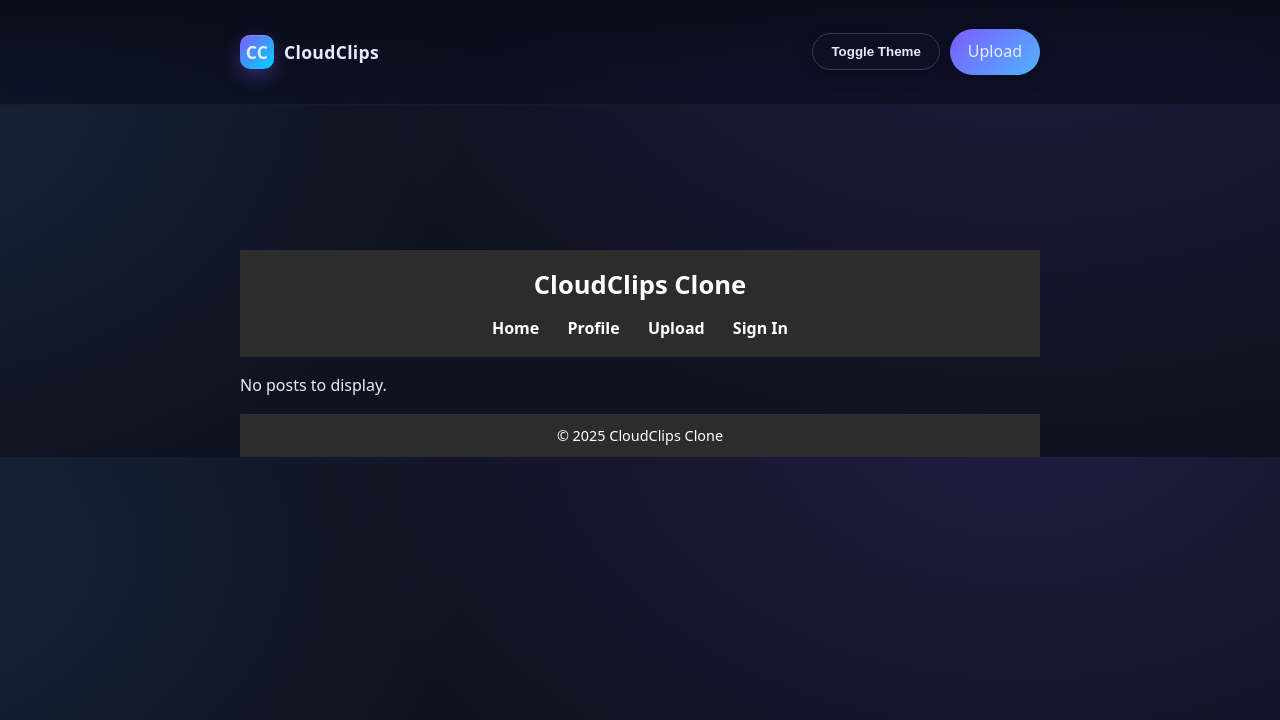
Repository: burhannaseer/CloudClips
Page: index.html
These files come from the project's save history. The page is drawn as it stood at one moment and after the next save; the edit follows.
The browser window is 1280 px wide. The pictures show the whole page.

Above is the page before, as saved 2025-08-14 12:01:36.

After the next save:
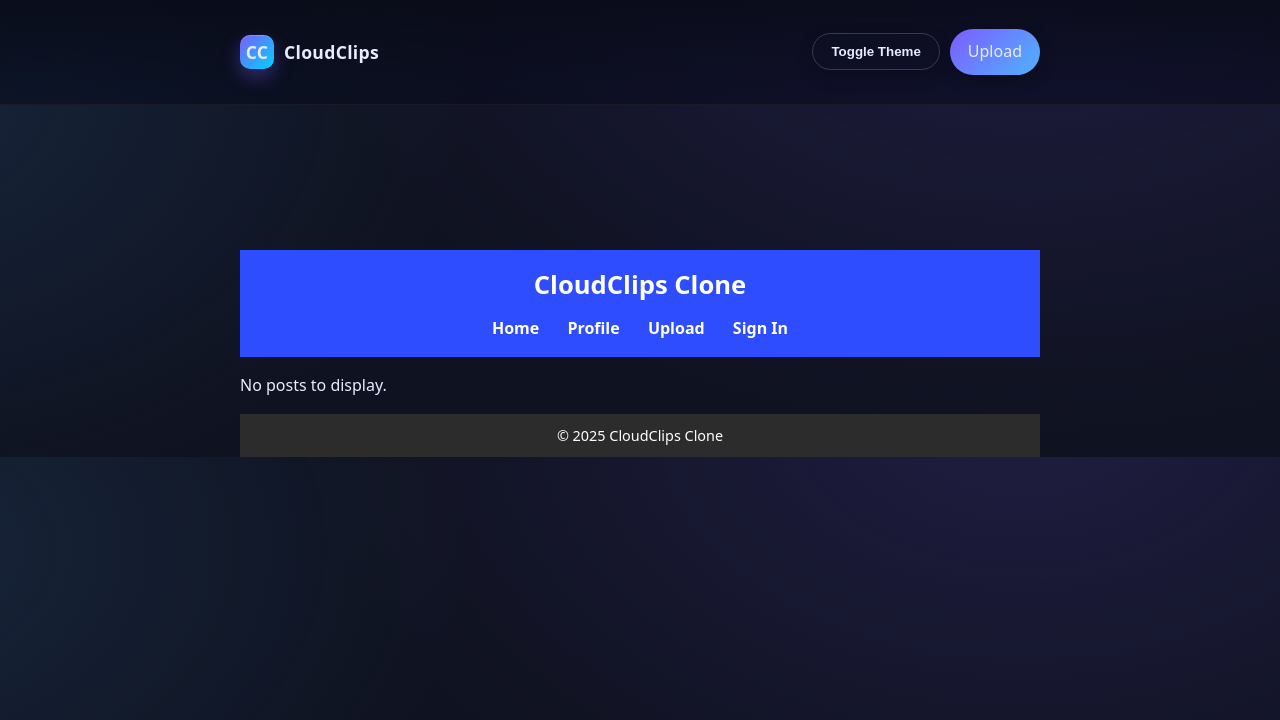
Saved 25 s later.
--- a/styles.css
+++ b/styles.css
@@ -15,7 +15,7 @@
 }
 
 header {
-  background-color: #2c2c2c;
+  background-color: #2e4dff;
   color: white;
   padding: 15px 0;
   text-align: center;
